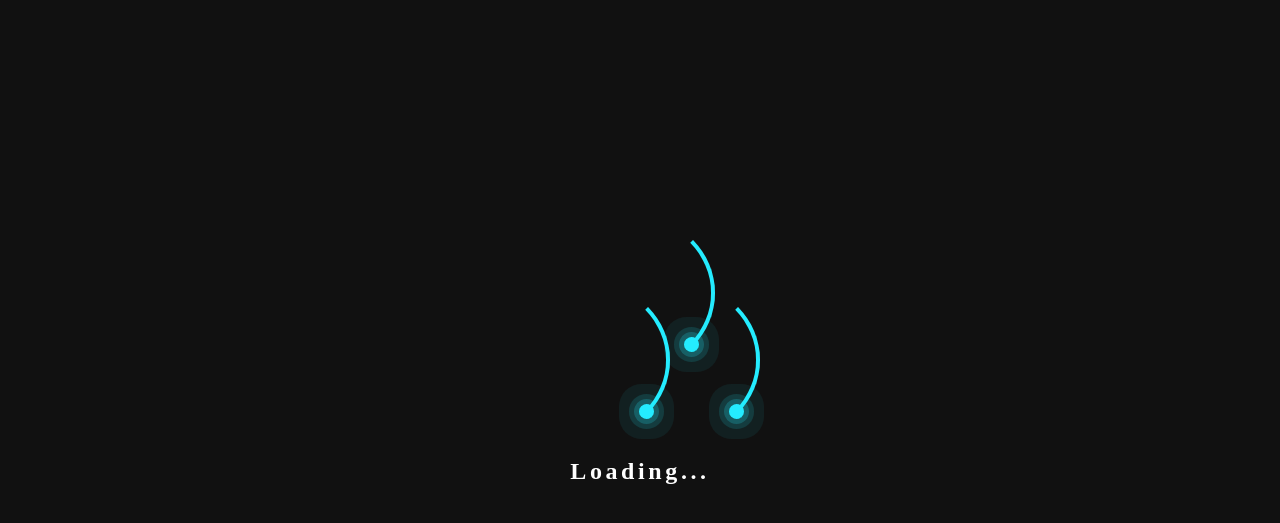
Repository: kiranjeetkaur01/csseffect.github.io
Page: index.html
The author's editor kept a copy of each file at every save. The page is drawn from the files as they stood at one save, then again after a run of saves.
The browser window is 1280 px wide. The pictures show the whole page.

Above is the page before, as saved 2023-09-08 12:03:04.

### index.html
<!DOCTYPE html>
<html lang="en">
<head>
    <meta charset="UTF-8">
    <meta name="viewport" content="width=device-width, initial-scale=1.0">
    <title>CSS Animation Effets</title>
    <link rel="stylesheet" href="style.css">
</head>
<body>
    <div class="container">
        <div class="ring">

        </div>
        <div class="ring">

        </div>
        <div class="ring">

        </div>
        <p>Loading...</p>
    </div>
</body>
</html>

### style.css
*{
    margin: 0;
    padding: 0;
    box-sizing: border-box;
}

body,html{
    display: flex;
    align-items: center;
    justify-content: center;
    min-height: 100vh;
    background: #111;
}
.container{
    position: relative;
    width: 100%;
    display: flex;
    align-items: center;
    justify-content: center;
}
.container .ring{
    position: relative;
    width: 150px;
    height: 150px;
    margin: -30px;
    border: 4px solid transparent;
    border-radius: 50%;
    border-top: 4px solid #24ecff;
    animation: animate 4s linear infinite;
}
@keyframes animate {
    0%{
        transform: rotate(0deg);
    }
    100%{
        transform: rotate(360deg);
    }
}
.container .ring::before{
    position: absolute;
    content: "";
    top: 12px;
    right: 12px;
    border-radius: 50%;
    width: 15px;
    height: 15px;
    background: #24ecff;
    box-shadow: 0 0 0 5px #24ecff33,
    0 0 0 10px #24ecff22,
    0 0 0 20px #24ecff11;
}
.container .ring:nth-child(3){
    position: absolute;
    top: -66.6px;

}
.container .ring:nth-child(2){
animation: ;
}
.container .ring:nth-child(1){

}
.container p{
    position: absolute;
    color: #fff;
    font-size: 1.5em;
    font-family: gilroy;
    bottom: -80px;
    font-weight: 600;
    letter-spacing: 0.15em;


}

After the next 2 saves:
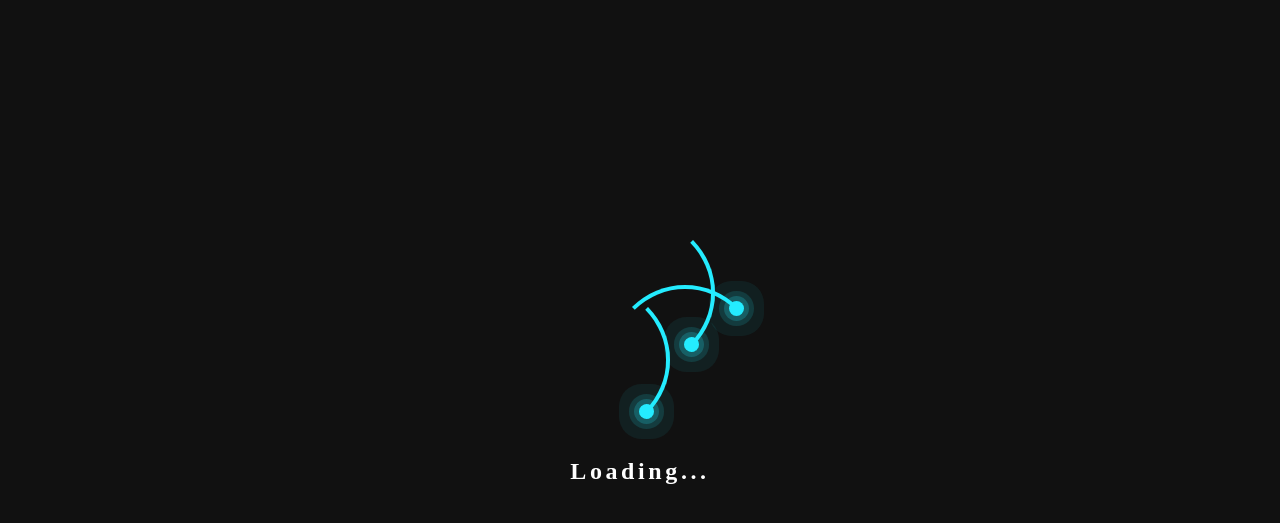
The 2 saves are shown as one change because they came seconds apart.
The last was saved 7 s later.
--- a/style.css
+++ b/style.css
@@ -55,7 +55,7 @@
 
 }
 .container .ring:nth-child(2){
-animation: ;
+animation: animate ;
 }
 .container .ring:nth-child(1){
 
